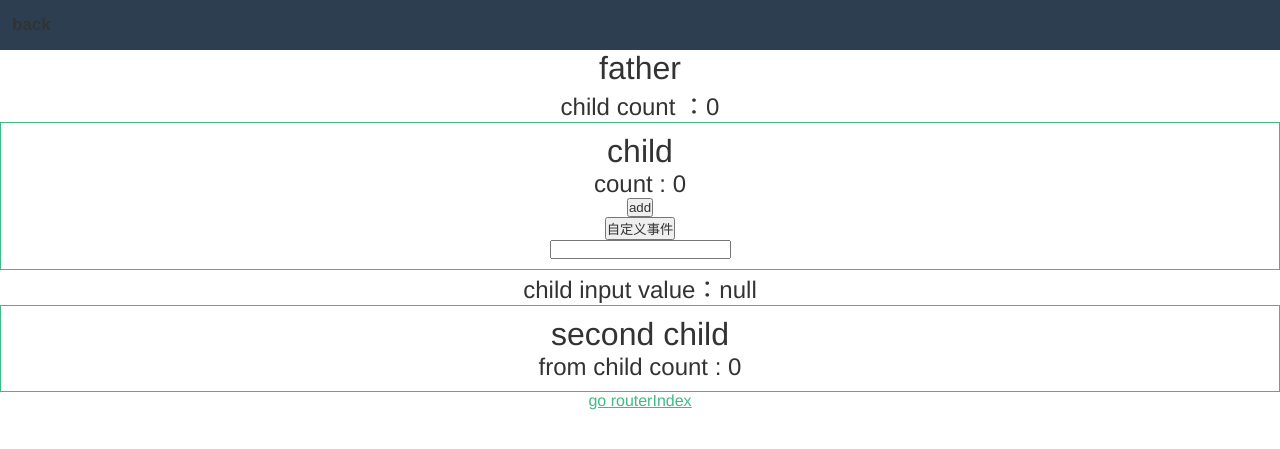
Repository: NotTooTwo/vueRouter
Page: /
An editor plug-in stored every save of this project. The page is shown before and after the next save, followed by the edit.
The browser window is 1280 px wide. The pictures show the whole page.
The project was rebuilt for these pictures with package versions that can differ from the ones it lists, and the page was loaded fresh each time. Also part of the build but not shown: src/components/routerTest/routerIndex.vue.

Above is the page before, as saved 2018-03-13 15:20:02.

### src/App.vue
<template>
  <div id="app">
    <div class="back"><span>back</span></div>
    <router-view/>
  </div>
</template>

<script>
export default {
  name: 'App'
}
</script>

<style>
*{
  padding: 0;
  margin: 0;
  color: #333;
  box-sizing: border-box;
}
#app {
  font-family: 'Avenir', Helvetica, Arial, sans-serif;
  -webkit-font-smoothing: antialiased;
  -moz-osx-font-smoothing: grayscale;
  text-align: center;
}
#app .back{
  height: 50px;
  line-height: 50px;
  background: #2c3e50;
  width: 100%;
  color: #fff;
  font-size: 17px;
  font-weight: bold;
  padding:0 12px;
  text-align: left ;
}
</style>

### src/router/index.js
import Vue from 'vue'
import Router from 'vue-router'
import HelloWorld from '@/components/test/HelloWorld'
import RouterIndex from '@/components/routerTest/routerIndex'

Vue.use(Router)

export default new Router({
  routes: [
    {
      path: '/',
      name: 'HelloWorld',
      component: HelloWorld
    },
    {
      path: '/routerIndex',
      name: 'RouterIndex',
      component: RouterIndex
    }
  ]
})

### src/components/test/HelloWorld.vue
<template>
  <div class="hello">
    <h1>father</h1>
    <h2>child count ：{{childNum}}</h2>
    <!-- 子组件给父组件传参：子组件内(add()函数)$emit触发父组件的预定义的触发函数 -->
    <Child :countNum=childNum v-on:childCount="countChildNum"></Child>
    <h2>child input value：{{msg||'null'}}</h2>
    <second-child :countNum=childNum></second-child>
    <router-link to='/routerIndex'>go routerIndex</router-link>
  </div>
</template>

<script>
import Child from './child'
import SecondChild from './secondChild'

export default {
  name: 'HelloWorld',
  data () {
    return {
      msg: '',
      childNum:0
    }
  },
methods:{
  countChildNum(num){
      this.childNum = num;
  }
},
mounted(){
  console.log(this.$events)
},
components:{
    Child,
    'second-child':SecondChild
  }
}
</script>

<!-- Add "scoped" attribute to limit CSS to this component only -->
<style scoped>
h1, h2 {
  font-weight: normal;
}
ul {
  list-style-type: none;
  padding: 0;
}
li {
  display: inline-block;
  margin: 0 10px;
}
a {
  color: #42b983;
}
</style>

### src/components/test/child.vue
<template>
  <div class="child">
    <h1>child</h1>
    <h2>count : {{count}}</h2>
    <button @click='add'>add</button>
    <div>
      <button @click='sendMsg'>自定义事件</button>
    </div>
    <div>
      <input type="text" v-model="childVal">
    </div>
  </div>
</template>

<script>
import bus from '../../assets/bus.js'
export default {
  name: 'child',
  data () {
    return {
      msg: 'Welcome to Your Vue.js App',
      count: 0,
      childVal:''
    }
  },
  props:[
    'countNum'
  ],
  created(){
    this.count=this.countNum;
  },
  watch:{
      'childVal'(val,old){
          this.$parent.msg = val
      }
  },
  methods:{
    add(){
      ++this.count;
      this.$emit('childCount',this.count)
      bus.$emit('childCount',this.count)
    },
    sendMsg(){
      // console.log(this.$parent.msg)
      // this.$set(this.$parent,'msg',this.childVal)
      // this.$parent.msg = this.childVal;
      // this.$dispatch('childrenClick');
    }
  }
}
</script>

<!-- Add "scoped" attribute to limit CSS to this component only -->
<style scoped>
h1, h2 {
  font-weight: normal;
}
ul {
  list-style-type: none;
  padding: 0;
}
li {
  display: inline-block;
  margin: 0 10px;
}
a {
  color: #42b983;
}
.child{
  padding: 10px;
  border: 1px solid #42b983;

}
</style>

### src/components/test/secondChild.vue
<template>
  <div class="child">
    <h1>second child</h1>
    <h2>from child count : {{count}}</h2>
  </div>
</template>

<script>
import bus from '../../assets/bus.js'

export default {
  name: 'secondChild',
  data () {
    return {
      msg: 'Welcome to Your Vue.js App',
      count: 0,
    }
  },
  props:[
    'countNum'
  ],
  created(){
    var _this= this;
    _this.count=_this.countNum;
    bus.$on("childCount",function (msg) {
                    _this.count=msg;
                })
  },
  watch:{
      'childVal'(val,old){
          this.$parent.msg = val
      }
  },
  methods:{
    add(){
      ++this.count;
      this.$emit('childCount',this.count)
    },
    sendMsg(){
      // console.log(this.$parent.msg)
      // this.$set(this.$parent,'msg',this.childVal)
      // this.$parent.msg = this.childVal;
      this.$dispatch('childrenClick');
    }
  }
}
</script>

<!-- Add "scoped" attribute to limit CSS to this component only -->
<style scoped>
h1, h2 {
  font-weight: normal;
}
ul {
  list-style-type: none;
  padding: 0;
}
li {
  display: inline-block;
  margin: 0 10px;
}
a {
  color: #42b983;
}
.child{
  padding: 10px;
  border: 1px solid #42b983;

}
</style>

Loaded but not shown: index.html (common file); src/main.js (common file); src/assets/bus.js (common file)

After the next save:
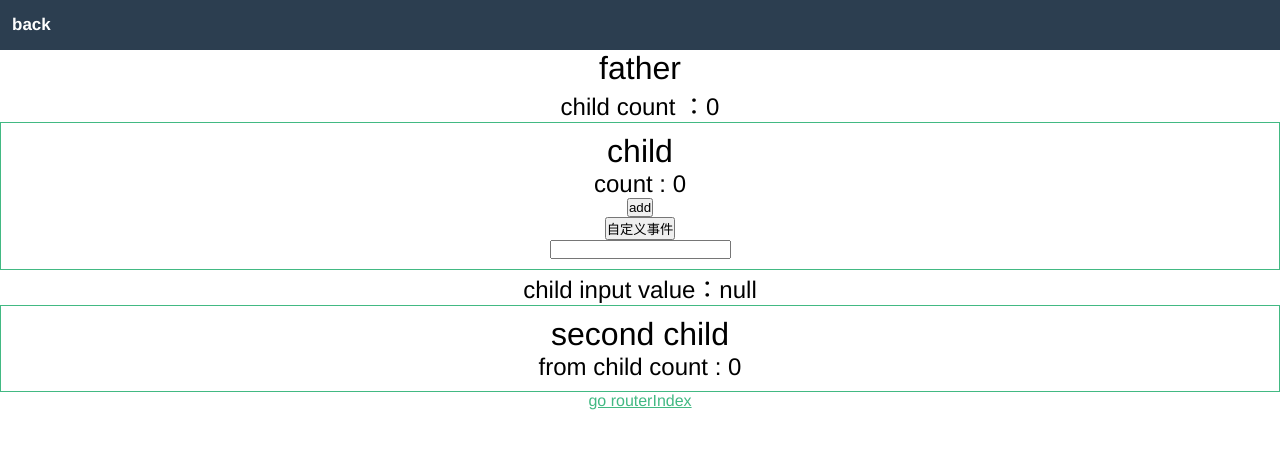
Saved 15 s later.
--- a/src/App.vue
+++ b/src/App.vue
@@ -15,7 +15,6 @@ export default {
 *{
   padding: 0;
   margin: 0;
-  color: #333;
   box-sizing: border-box;
 }
 #app {
